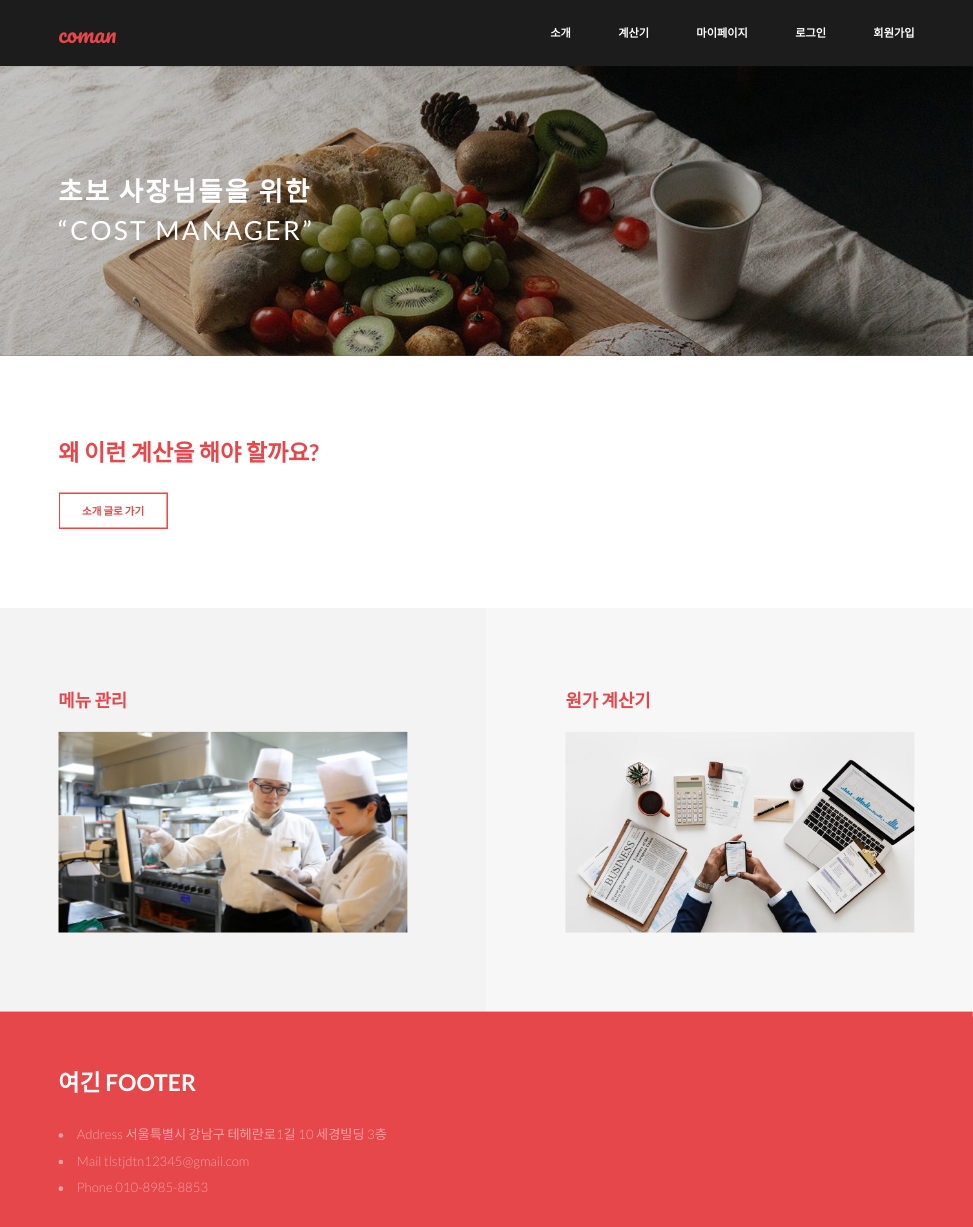
Repository: sseongsu/web1
Page: http://localhost/Project/
These files come from the project's save history. The page is drawn as it stood at one moment and after the next save; the edit follows.
The browser window is 1280 px wide. The pictures show the whole page, at 76% of full size.
The page is served by Tomcat 9.

Above is the page before, as saved 2021-03-12 05:45:16.

After the next save:
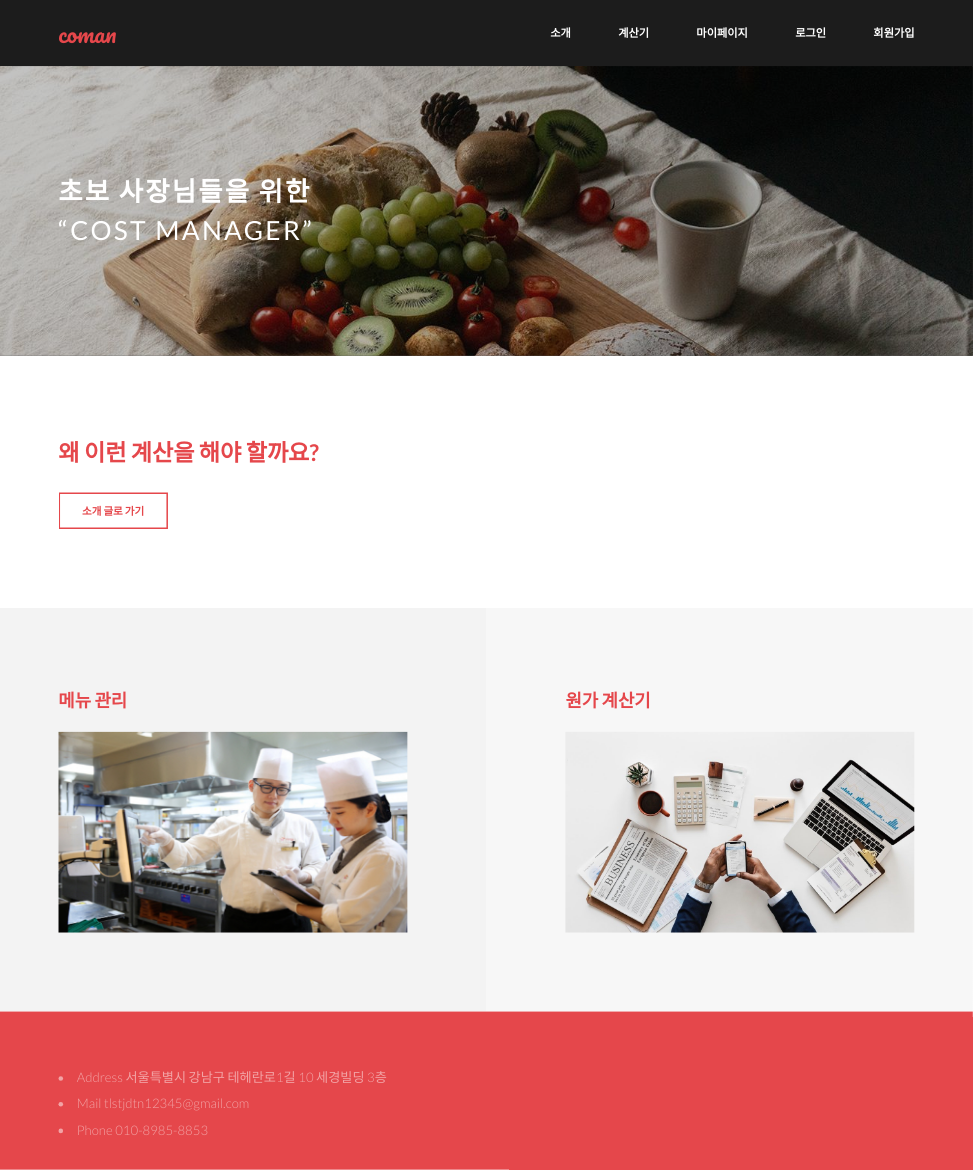
Saved 4 s later.
--- a/Project/src/main/webapp/index.jsp
+++ b/Project/src/main/webapp/index.jsp
@@ -122,11 +122,6 @@
 		<!-- Footer -->
 			<section id="footer">
 				<div class="inner">
-					<header>
-						<h2>여긴 footer</h2>
-
-					</header>
-
 					<li class="first"><span class="address">Address</span> <span class="address-01">서울특별시 강남구 테헤란로1길 10 세경빌딩 3층</span> </li>
 					<li> <span class="mail">Mail</span> <span class="mail-01">tlstjdtn12345@gmail.com</span> </li>
 					<li> <span class="phone">Phone</span> <span class="phone-01">010-8985-8853</span> </li>
